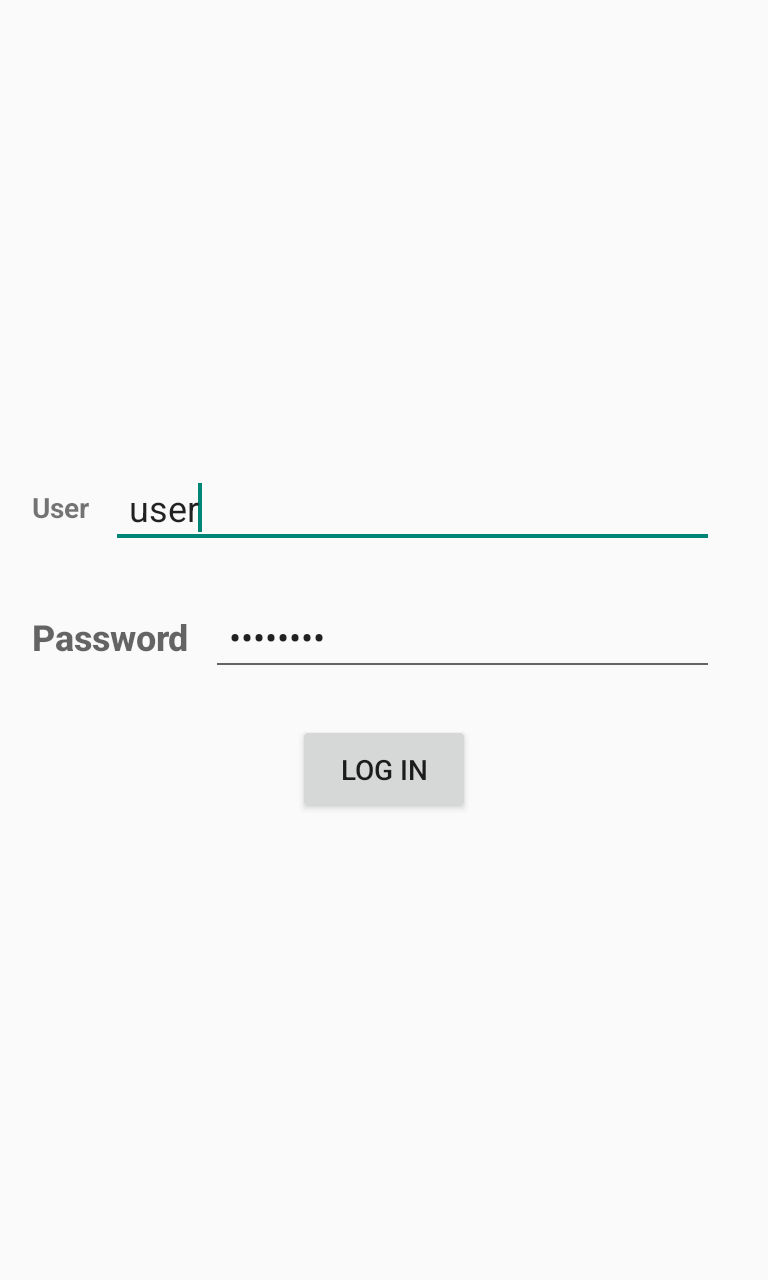
Repository: mgorski-mg/FunsCounter
Layout: FunsCounter/res/layout/login_fragment.xml
An editor plug-in stored every save of this project. The layout is shown before and after the next save, followed by the edit.
It is drawn on a 768 x 1280 px phone screen (xhdpi) without system bars, with theme AppTheme; the app's code is not run.

Above is the layout before, as saved 2014-02-10 18:56:51.

### FunsCounter/res/layout/login_fragment.xml
<LinearLayout xmlns:android="http://schemas.android.com/apk/res/android"
    android:layout_width="fill_parent"
    android:layout_height="fill_parent"
    android:gravity="center"
    android:orientation="vertical"
    android:padding="@dimen/activity_padding" >

    <LinearLayout
        android:layout_width="fill_parent"
        android:layout_height="wrap_content" >

        <TextView
            android:layout_width="wrap_content"
            android:layout_height="fill_parent"
            android:gravity="center"
            android:text="@string/user"
            android:textStyle="bold" />

        <EditText
            android:id="@+id/user"
            android:layout_width="fill_parent"
            android:layout_height="wrap_content"
            android:layout_margin="10dp"
            android:ems="10"
            android:inputType="text"
            android:padding="10dp"
            android:text="user" >

            <requestFocus />
        </EditText>
    </LinearLayout>

    <LinearLayout
        android:layout_width="fill_parent"
        android:layout_height="wrap_content" >

        <TextView
            android:layout_width="wrap_content"
            android:layout_height="fill_parent"
            android:gravity="center"
            android:textAppearance="@android:style/TextAppearance.DeviceDefault.Medium"
            android:text="@string/password"
            android:textStyle="bold" />

        <EditText
            android:id="@+id/password"
            android:layout_width="fill_parent"
            android:layout_height="wrap_content"
            android:layout_margin="10dp"
            android:ems="10"
            android:inputType="textPassword"
            android:padding="10dp"
            android:text="password" />
    </LinearLayout>

    <Button
        android:id="@+id/loginButton"
        android:layout_width="wrap_content"
        android:layout_height="wrap_content"
        android:layout_margin="10dp"
        android:padding="10dp"
        android:text="@string/login" />

</LinearLayout>

### FunsCounter/res/values/styles.xml
<resources>

    <style name="AppBaseTheme" parent="Theme.AppCompat.Light"></style>

    <!-- Application theme. -->
    <style name="AppTheme" parent="AppBaseTheme"></style>

    <style name="AppTheme.NoTitleBar" parent="AppBaseTheme">
        <item name="windowActionBar">false</item>
    </style>

</resources>

### FunsCounter/res/values/dimens.xml
<resources>

    <!-- Default screen margins, per the Android Design guidelines. -->
    <dimen name="activity_padding">16dp</dimen>

</resources>

### FunsCounter/res/values/strings.xml
<?xml version="1.0" encoding="utf-8"?>
<resources>

    <string name="app_name">Funs Counter</string>
    <string name="refresh_event_list">Refresh Event List</string>
    <string name="refresh_content">Refresh Content</string>
    <string name="connection_problem">Can\'t download data! Please check your internet connection.</string>
    <string name="login">Log In</string>
    <string name="cant_login">Wrong username or password!</string>
    <string name="wait">Please wait!</string>
    <string name="user">User</string>
    <string name="password">Password</string>


</resources>

After the next save:
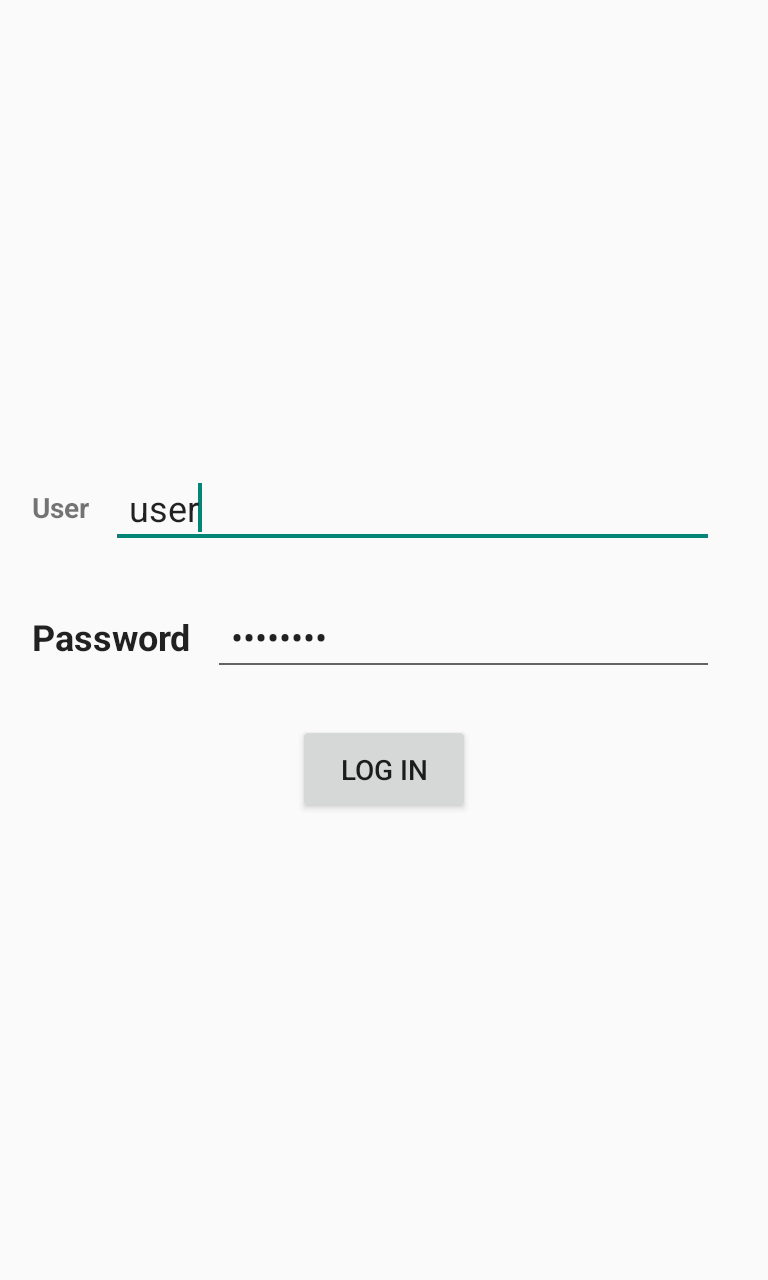
Saved 11 s later.
--- a/FunsCounter/res/layout/login_fragment.xml
+++ b/FunsCounter/res/layout/login_fragment.xml
@@ -38,7 +38,7 @@
             android:layout_width="wrap_content"
             android:layout_height="fill_parent"
             android:gravity="center"
-            android:textAppearance="@android:style/TextAppearance.DeviceDefault.Medium"
+            android:textAppearance="@android:style/TextAppearance.Medium"
             android:text="@string/password"
             android:textStyle="bold" />
 
